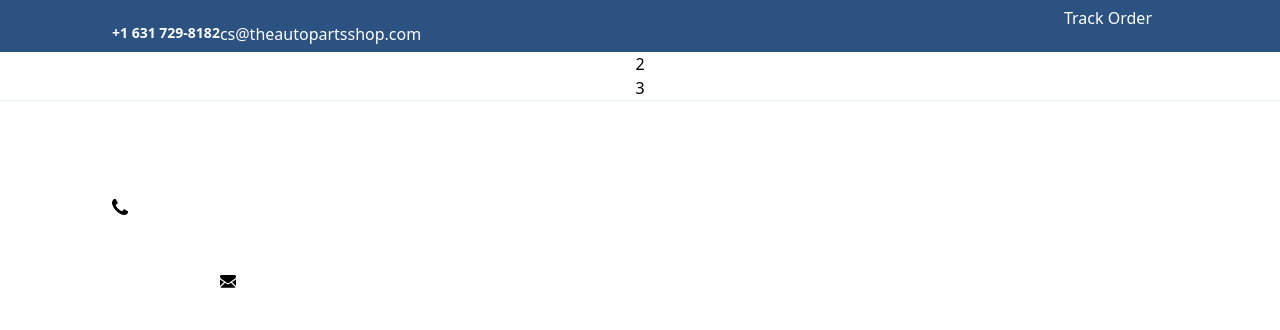
Repository: robindhimanspineor/TAPS-Next
Page: /
An editor plug-in stored every save of this project. The page is shown before and after the next save, followed by the edit.
The browser window is 1280 px wide. The pictures show the whole page.
The project was rebuilt for these pictures with package versions that can differ from the ones it lists, and the page was loaded fresh each time. The framework's server and built-in components were replaced by stand-ins that run in the browser. Also part of the build but not shown: next.config.js.

Above is the page before, as saved 2021-09-16 15:23:29.

After the next save:
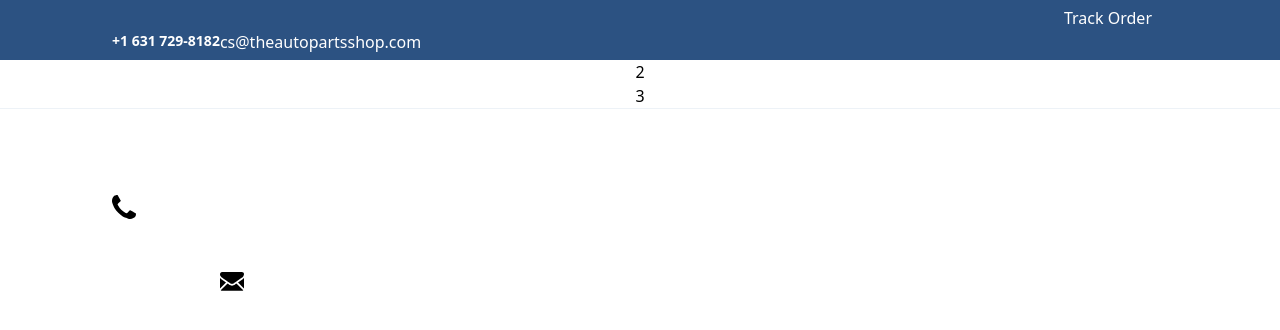
Saved 80 s later.
--- a/src/components/common/header/index.js
+++ b/src/components/common/header/index.js
@@ -8,13 +8,13 @@ const Header = () => {
         <div className="w-screen max-w-screen-xl flex justify-between">
           <div className="head-top-left flex text-white font-medium w-9/12">
             <div className="head-top-phone inline-block w-auto text-sm font-semibold">
-              <div className="text-white h-4 w-4 flex">
+              <div className="text-white h-6 w-6 flex">
                 <PhoneHandle />
               </div>
               +1 631 729-8182
             </div>
             <div className="heap-top email">
-              <div className="text-white h-4 w-4 flex">
+              <div className="text-white h-6 w-6 flex">
                 <MailBoxSvg />
               </div>
               cs@theautopartsshop.com
